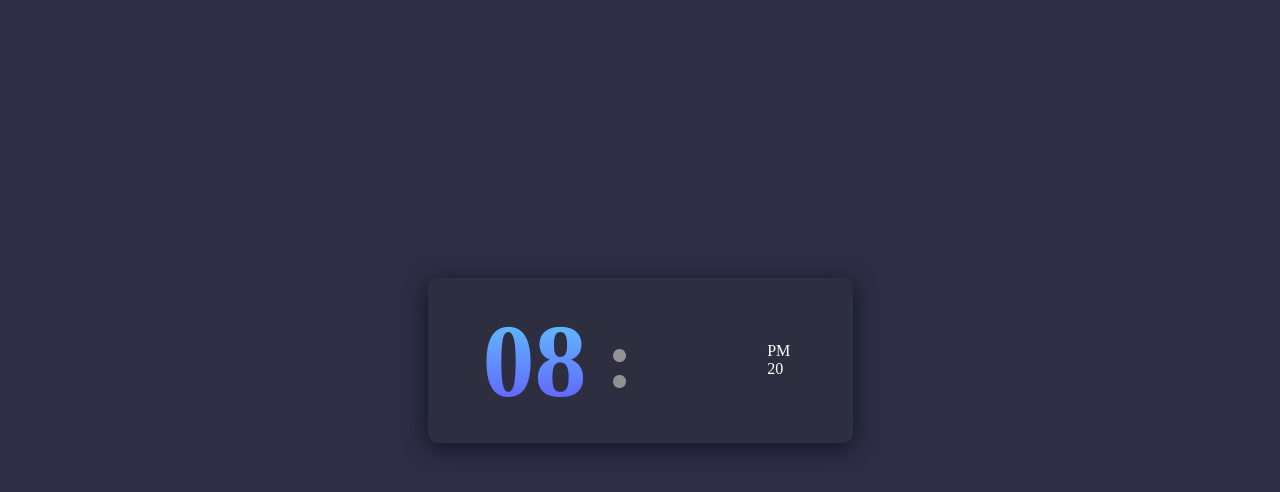
Repository: QUANGTHAI2003/digital-clock
Page: index.html
These files come from the project's save history. The page is drawn as it stood at one moment and after the next save; the edit follows.
The browser window is 1280 px wide. The pictures show the whole page.

Above is the page before, as saved 2022-03-26 19:58:12.

### index.html
<!DOCTYPE html>
<html lang="en">
    <head>
        <meta charset="UTF-8" />
        <meta http-equiv="X-UA-Compatible" content="IE=edge" />
        <meta name="viewport" content="width=device-width, initial-scale=1.0" />
        <title>Digital-Clock</title>
        <link rel="stylesheet" href="style.css" />
        <link rel="stylesheet" href="https://unicons.iconscout.com/release/v4.0.0/css/line.css" />
    </head>
    <body>
        <div class="digital-clock">
            <div class="time">
                <span class="hour">08</span>
                <span class="dots">:</span>
                <span class="minutes">30</span>
                <div class="right-side">
                    <span class="period">PM</span>
                    <span class="seconds">20</span>
                </div>
            </div>
        </div>
    </body>
</html>

### style.css
@import url('https://fonts.googleapis.com/css2?family=Poppins:ital,wght@0,100;0,200;0,300;0,400;0,500;0,600;0,700;0,800;0,900;1,100;1,200;1,300;1,400;1,500;1,600;1,700;1,800;1,900&display=swap');

* {
    margin: 0;
    padding: 0;
    box-sizing: border-box;
    font-family: 'Poppins'sans-serif;
}

body {
    min-height: 100vh;
    display: flex;
    justify-content: center;
    align-items: center;
    background: #2e2e44;
}

.digital-clock {
    position: relative;
    color: #fff;
    background: #2d2f41;
    width: 425px;
    padding: 20px 45px;
    box-shadow: 0 5px 25px rgba(14, 21, 37, 08);
    border-radius: 10px;
    display: flex;
    justify-content: center;
    align-items: center;
}

.time {
    position: relative;
    display: flex;
    justify-content: center;
    align-items: center;
}

.hour,
.dots,
.minutes {
    display: flex;
    justify-content: center;
    align-items: center;
    font-weight: 600;
    padding: 0 10px;
    line-height: 125px;
}

.hour,
.minutes {
    font-size: 6.5em;
    width: 125px;
}

.dots {
    font-size: 5em;
    color: #929292;
}

.hour {
    background: -webkit-linear-gradient(90deg, #634dff, #5fd4ff);
    -webkit-text-fill-color: transparent;
    -webkit-background-clip: text;
}

.minutes {
    background: -webkit-linear-gradient(90deg, #ff5e9a, I#ffb960);
    -webkit-text-fill-color: transparent;
    -webkit-background-clip: text;
}

After the next save:
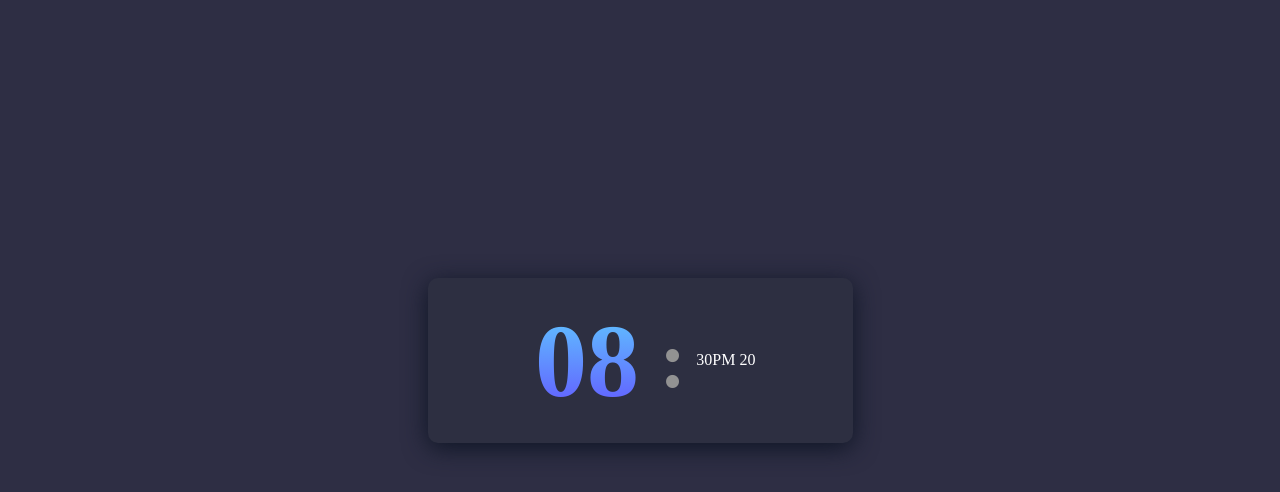
Saved 14 s later.
--- a/index.html
+++ b/index.html
@@ -13,7 +13,7 @@
             <div class="time">
                 <span class="hour">08</span>
                 <span class="dots">:</span>
-                <span class="minutes">30</span>
+                <span class="minute">30</span>
                 <div class="right-side">
                     <span class="period">PM</span>
                     <span class="seconds">20</span>
